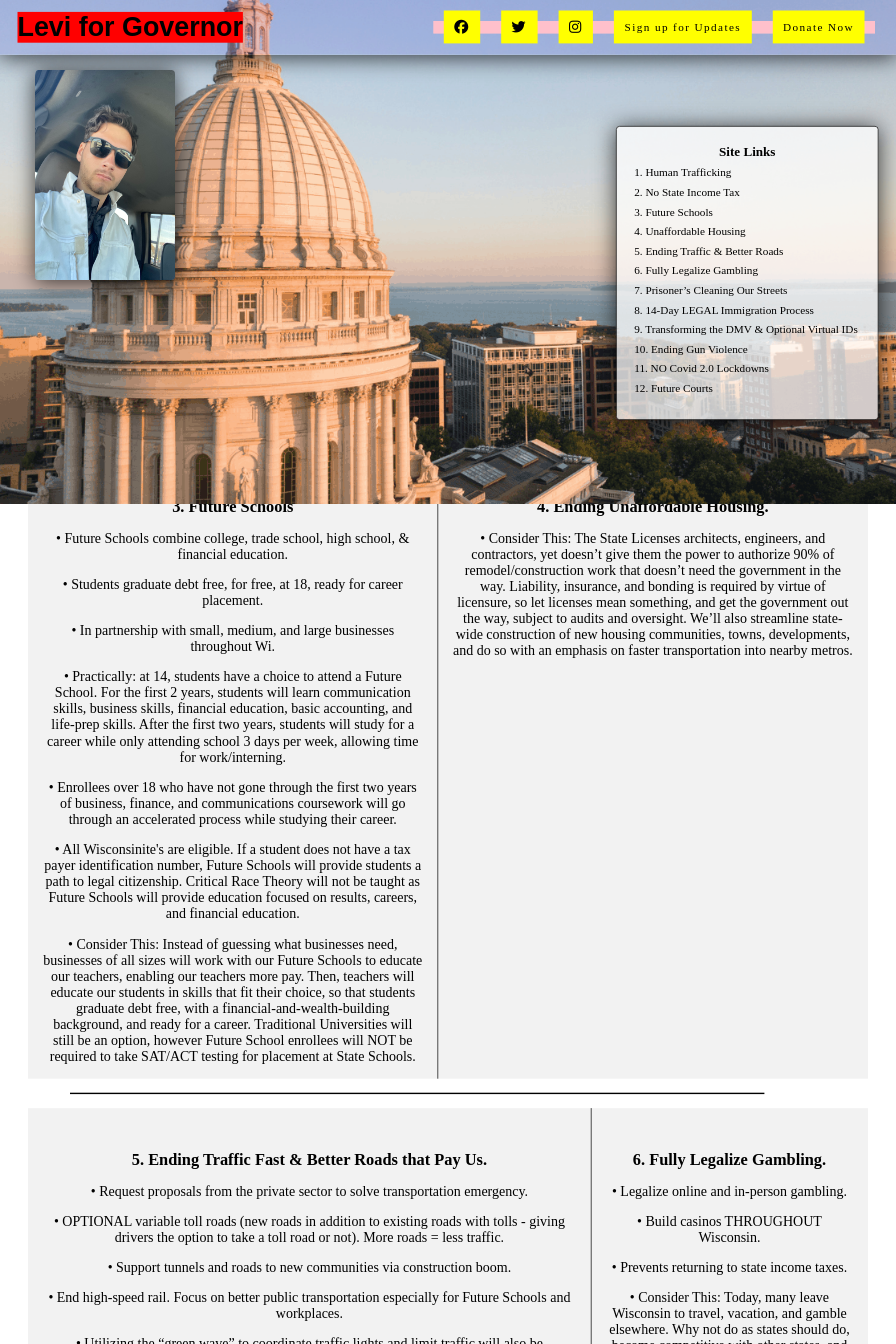
Repository: LeviCB/LeviCB.github.io
Page: index.html
The author's editor kept a record of every edit. The page is drawn from the files as they stood at one moment, then again after the next edit.
The browser window is 1280 px wide. The pictures show the part of the page from y = 0 to 1920 px (the page is 3981 px tall), at 70% of full size.
Some web fonts or font styles are not loaded; a fallback is used. Some web libraries are served in a nearby version.

Above is the page before.
Console error: SyntaxError: Identifier 'head' has already been declared

### index.html
<!DOCTYPE html>
<html>

<head id="head">

  <link type="text/css" rel="stylesheet" href="assets/css/style.css"/>
  <link type="text/css" rel="stylesheet" href="assets/css/body_style.css"/>

  <script src="https://use.fontawesome.com/95e29540f7.js"></script>
  <script src="https://kit.fontawesome.com/76e8df320e.js" crossorigin="anonymous"></script>
</head>

<body id="main">
  <div class="scrollTop" onclick="scrollToTop()"></div>
  <header id="header">
    <a href="" class="logo"><strong>Levi for Governor</strong></a>
    <ul id="list">
      <li><a href="#"><i class="fab fa-facebook fa-lg"></i></a></li>
      <li><a href="#"><i class="fab fa-twitter fa-lg"></i></a></li>
      <li><a href="#"><i class="fab fa-instagram fa-lg"></i></a></li>
      <li><a href="">Sign up for Updates</a></li>
      <li><a href="">Donate Now</a></li>
    </ul>
    </div>
  </header>
  <section class="banner" url="/assets/images/wisconsin_capital.png"></section>
  <div id="my-image">
    <img id="my-main-img" src="assets/images/main_image.JPG" alt="Main Image of Levi Borntreger">
  </div>
  <div id="hyper-links">
    <h3>Site Links</h3>
    <a href="#1. Human Trafficking">1. Human Trafficking</a>
    <a href="#2. No State Income Tax">2. No State Income Tax</a>
    <a href="#3. Future Schools">3. Future Schools</a>
    <a href="#4. Unaffordable Housing">4. Unaffordable Housing</a>
    <a href="#5. Ending Traffic & Better Roads">5. Ending Traffic & Better Roads</a>
    <a href="#6. Fully Legalize Gambling">6. Fully Legalize Gambling</a>
    <a href="#7. Prisoner’s Cleaning Our Streets">7. Prisoner’s Cleaning Our Streets</a>
    <a href="#8. 14-Day LEGAL Immigration Process">8. 14-Day LEGAL Immigration Process</a>
    <a href="#9. Transforming the DMV & Optional Virtual IDs">9. Transforming the DMV & Optional Virtual IDs</a>
    <a href="#10. Ending Gun Violence">10. Ending Gun Violence</a>
    <a href="#11. NO Covid 2.0 Lockdowns">11. NO Covid 2.0 Lockdowns</a>
    <a href="#12. Future Courts">12. Future Courts</a>
  </div>
  </div>
  <content>
    <div id="content-all">
      <div id="content-wrapper">
        <a name="1. Human Trafficking"></a>
        <a name="2. No State Income Tax"></a>
        <hr style="height: 2px; width: 80%; border: none; background-color: black;">
        <section id="content-text">
          <article id="content">
            <h3>1. Human Trafficking</h3>
            <p>I Promise to all of you that in my first 30 days in office to get a plan put together and in motion to stop human trafficking for good. There's absolutely no reason that today in our society, that any of this is going on, it's a disgrace to humanity.</p>
          </article>
          <hr style="width: 1px; border: none; background-color: black;">
          <article id="content">
            <h3>2. No State Income Tax on the first $200,000 of Income.</h3>
            <h5>Problem</h5>
            <p>Wisconsin's taxes are too high and too much goes to wasteful spending. This leads people to leave Wisconsin to pay lower or no taxes elsewhere and leads to fewer supporters of our Wisconsin businesses.</p>
            <h5>Solution</h5>
            <p> • Removes the Wi State Income Tax on the first $250,000 earned.</p>
            <p>• No Wisconsin tax return required.</p>
            <p>• An approximately 5% flat tax on incomes over $200,000.</p>
            <p>• An INSTANT pay raise for all workers and investors.</p>
            <p>• Funded by streamlining / reducing regulation and red tape throughout Wisconsin. Additionally: legalizing Gambling, Massive Growth, Future School consolidation, & Ending OVERPAYING for services. Private sector can build tunnels at $10 million per mile. ALL Wi projects, in the future, will have 100% public transparency, where we publicly & transparently weigh quality and cost. This ends crony capitalism (backroom deals) and corruption.</p>
          </article>
        </section>
        <a name="3. Future Schools"></a>
        <a name="4. Unaffordable Housing"></a>
        <hr style="height: 2px; width: 80%; border: none; background-color: black;">
        <section id="content-text">
          <article id="content">
            <h3>3. Future Schools</h3>
            <p>• Future Schools combine college, trade school, high school, & financial education.</p>
            <p>• Students graduate debt free, for free, at 18, ready for career placement.</p>
            <p>• In partnership with small, medium, and large businesses throughout Wi.</p>
            <p>• Practically: at 14, students have a choice to attend a Future School. For the first 2 years, students will learn communication skills, business skills, financial education, basic accounting, and life-prep skills. After the first two years, students will study for a career while only attending school 3 days per week, allowing time for work/interning.</p>
            <p>• Enrollees over 18 who have not gone through the first two years of business, finance, and communications coursework will go through an accelerated process while studying their career.</p>
            <p> • All Wisconsinite's are eligible. If a student does not have a tax payer identification number, Future Schools will provide students a path to legal citizenship. Critical Race Theory will not be taught as Future Schools will provide education focused on results, careers, and financial education.</p>
            <p>• Consider This: Instead of guessing what businesses need, businesses of all sizes will work with our Future Schools to educate our teachers, enabling our teachers more pay. Then, teachers will educate our students in skills that fit their choice, so that students graduate debt free, with a financial-and-wealth-building background, and ready for a career. Traditional Universities will still be an option, however Future School enrollees will NOT be required to take SAT/ACT testing for placement at State Schools.</p>
          </article>
          <hr style="width: 1px; border: none; background-color: black;">
          <article id="content">
            <h3>4. Ending Unaffordable Housing.</h3>
            <p>• Consider This: The State Licenses architects, engineers, and contractors, yet doesn’t give them the power to authorize 90% of remodel/construction work that doesn’t need the government in the way. Liability, insurance, and bonding is required by virtue of licensure, so let licenses mean something, and get the government out the way, subject to audits and oversight. We’ll also streamline state-wide construction of new housing communities, towns, developments, and do so with an emphasis on faster transportation into nearby metros.</p>
          </article>
        </section>
        <a name="5. Ending Traffic & Better Roads"></a>
        <a name="6. Fully Legalize Gambling"></a>
        <hr style="height: 2px; width: 80%; border: none; background-color: black;">
        <section id="content-text">
          <article id="content">
            <h3>5. Ending Traffic Fast & Better Roads that Pay Us.</h3>
            <p>• Request proposals from the private sector to solve transportation emergency.</p>
            <p>• OPTIONAL variable toll roads (new roads in addition to existing roads with tolls - giving drivers the option to take a toll road or not). More roads = less traffic.</p>
            <p>• Support tunnels and roads to new communities via construction boom.</p>
            <p>• End high-speed rail. Focus on better public transportation especially for Future Schools and workplaces.</p>
            <p>• Utilizing the “green wave” to coordinate traffic lights and limit traffic will also be implementing.</p>
            <p>• Consider This: The private sector is prepared to help solve Wisconsin’s transportation issues. The problem? The Governor is in the way. Cities and counties don’t want traffic; it hurts them. As Governor, Levi will request public proposals from private companies who will compete against each other for opportunities to fix our transportation nightmare. This might include logical changes to speed limits, lane efficiency, and enhancements to our building processes that enable faster solutions, such as multiple private partnerships providing tunnels throughout the same, where traffic is worst.</p>
          </article>
          <hr style="width: 1px; border: none; background-color: black;">
          <article id="content">
            <h3>6. Fully Legalize Gambling.</h3>
            <p>• Legalize online and in-person gambling.</p>
            <p>• Build casinos THROUGHOUT Wisconsin.</p>
            <p>• Prevents returning to state income taxes.</p>
            <p>• Consider This: Today, many leave Wisconsin to travel, vacation, and gamble elsewhere. Why not do as states should do, become competitive with other states, and provide Wisconsinites and Americans an opportunity to enjoy gambling IN Wisconsin. We welcome Everyone.</p>
          </article>
        </section>
        <a name="7. Prisoner’s Cleaning Our Streets"></a>
        <a name="8. 14-Day LEGAL Immigration Process"></a>
        <hr style="height: 2px; width: 80%; border: none; background-color: black;">
        <section id="content-text">
          <article id="content">
            <h3>7. Prisoner’s Cleaning Our Streets.</h3>
            <p>• Focus on community policing and reintegrating trust with law enforcement and communities.</p>
            <p>• Non-violent inmates in jails/prisons will work community service in neighborhoods they committed crimes in under group supervision. Selected, non-violent inmates who agree to clean our streets will be eligible to go stay at home with family, reducing jail costs, while being monitored to ensure attendance and fulfillment of sentence. Wisconsin has over 23,000 prisoner's and spends over $30,000 per prisoner per year on housing Prisoners. This is backwards. Prisoners should contribute to our society, society shouldn’t contribute to them.</p>
            <p>• Inmates will clean our streets, roads, towns/cities, and remove graffiti.</p>
            <p>• Option to attend Future Schools to prevent recidivism.</p>
            <p>• Focus on training, social support, and community, with a focus on growth. For example, restrictive alcohol enforcement on businesses cripples business.</p>
          </article>
          <hr style="width: 1px; border: none; background-color: black;">
          <article id="content">
            <h3>8. 14-Day LEGAL Immigration Process.</h3>
            <p>• Wisconsin will establish a process for fast-tracked LEGAL immigration. Our “illegal” immigration crisis is a result of a HORRIBLE, out-dated, and criminalizing immigration disaster. A 14-day legal immigration process helps us attract not just refugees, but also qualified immigrants who can support and contribute to our economy. Legal immigration does not cost Wisconsin jobs, it expands our economy and grows our revenues. Consider this: A CPA who moves to Wisconsin from Brazil, who agrees not to accept any social-welfare programs, needs a dentist, doctor, grocery store, taxi driver, retail stores, and more. For each person who legally immigrants to Wisconsin, we expect economic growth for 10+ Wisconsinite's.</p>
            <p>• Every mid to low income Immigrant will need to have a job lined up. They will get a temporary 2 year Citizenship and will have to attend a future school on the side to learn English etc. If they still have a job and no criminal activities they will be granted full Citizenship.</p>
            <p>Additionally and on Manufacturing:</p>
            <p>• Wisconsin will also partner with companies providing access to Future Schools.</p>
            <p>• This allows companies to train students prior to graduating Future Schools, making them career ready at 18.</p>
          </article>
        </section>
        <a name="9. Transforming the DMV & Optional Virtual IDs"></a>
        <a name="10. Ending Gun Violence"></a>
        <hr style="height: 2px; width: 80%; border: none; background-color: black;">
        <section id="content-text">
          <article id="content">
            <h3>9. Transforming the DMV & Optional Virtual IDs.</h3>
            <p>• Virtual IDs and Registrations w/ QR coded downloads. Virtual IDs would be OPTIONAL - so printed QR or full-versions would still be available on an OPT-IN basis (default being virtual, but for those desiring physical, the option would be available).</p>
            <p>• Privatizing license plates, driver tests, and vision tests.</p>
            <p>• Speed cameras & virtual tickets; less traffic stops via officer virtual traffic stops & ticketing.</p>
            <p>• Instant options to dispute or pay tickets via a new Wisconsin App.</p>
          </article>
          <hr style="width: 1px; border: none; background-color: black;">
          <article id="content">
            <h3>10. Ending Gun Violence.</h3>
            <p> • Wisconsin should focus less on restrictions for legal weapon owners, and instead focus more resources on weapon education, mental Health services, therapy access especially for those uninsured or underinsured, and teaching mental-wellness in our schools to prevent the stigmatization of mental-health illnesses in Wisconsin.</p>
            <p>• Those who are trained and background checked SHALL have more rights in Wisconsin. We’re moving towards MORE rights and freedoms in Wisconsin, not less.</p>
            <p>• Tiered licenses for individuals with weapons training.</p>
            <p>• Granting more privileges like concealed carry to more folks who are trained and background checked. This would be the first expansion of Gun Rights Wisconsin has seen in decades.</p>
          </article>
        </section>
        <a name="11. NO Covid 2.0 Lockdowns"></a>
        <a name="12. Future Courts"></a>
        <hr style="height: 2px; width: 80%; border: none; background-color: black;">
        <section id="content-text">
          <article id="content">
            <h3>11. NO Covid 2.0 Lockdowns.</h3>
            <h4>Covid:</h4>
            <p>Vaccines are a choice. Masks are a choice. Businesses shall have the right to remain OPEN — however, reasonable “HEPA-filtration” and ventilation requirements may be an option, but we will NOT have lockdowns again.</p>
          </article>
          <hr style="width: 1px; border: none; background-color: black;">
          <article id="content">
            <h3>12. Future Courts.</h3>
            <p>• Small claims limits raised to $100,000.</p>
            <p>• New Small Claims Advisor Counsel license taught at Future Schools.</p>
            <p>• Speeding up the legal system by investing in our courts.</p>
          </article>
        </section>
      </div>
    </div>
  </content>
<foot>
  <div id="foot">
    <div id="address">
      <h3>Levi for Governor</h3>
      <h3>1712 Prima Lago Ter</h3>
      <h3>Lakeland, FL. 33810</h3>
    </div>
    <div id="contact">
      <h4>Contact Me</h4>
      <h3>715-660-6693</h3>
      <H3>LeviForGovernor@gmail.com</h3>
    </div>
  </div>
</foot>
<script type="text/javascript" src="assets/js/main.js"></script>
<script>
  /*start of header magic*/
const head = document.querySelector("#header");

window.onscroll = function () {
  var top = window.scrollY;
  if (top >= 5) {
    head.classList.add("active");
  } else {
    head.classList.remove("active");
  }
};
/*end of header magic*/

/*start of navtext color change on scroll*/
window.addEventListener("scroll", function() {
        var header = document.querySelector("header");
        header.classList.toggle("sticky", window.scrollY> 0);
      });
/*end of navtext color change on scroll*/

/*start of scrollTop*/
window.addEventListener('scroll', function(){
    var scroll = document.querySelector('.scrollTop');
    scroll.classList.toggle("active" , window.scrollY > 500)
  })

  function scrollToTop(){
    window.scrollTo({
      top: 0,
      behavior: 'smooth'
    })
  }
/*end of scrollTop*/
</script>
</body>
<footer id="footer">
  <div id="copyright">
    <h4>Paid for and Approved by Levi Borntreger for Governor</h4>
    <h4>Copyright 2021 — Levi for Governor. All rights reserved.</h4>
  </div>
</footer>

</html>

### assets/css/style.css
@import url('https://fonts.googleapis.com/css?family=Hammersmith+One');

/*
$desktop: 1200px;
$laptop: 1024px;
$tablet: 768px;
$phone: 480px;
*/

@media only screen and (max-width:1024px) and (min-width: 768px) {
  body {
    background-color:;
  }
  #hyper-links {
    background-color: blue;
  }
  #content-text {
    flex-direction: column;
  }
  #content-wrapper {
    display: flex;
    column-gap: 40px;
    flex-direction: column;
    flex-wrap: wrap;
    width: 100%;
  }
}
@media only screen and (max-width:768px) and (min-width: 480px) {
  body {
    background-color: pink;
  }
  #hyper-links {
    background-color: blue;
    box-shadow: 0 3px 2rem rgba(0,0,0,.75);
    width: 375px;
    height: 500px;
    position: absolute;
    padding: 50px;
    display: flex;
    border: 1px black solid;
    flex-direction: column;
    z-index: 1;
    left: 0px;
    top: 0px;
    bottom: 0px;
    right: 0px;
    margin: auto;
    margin-top: 60px;
    margin-right: 25px;
    border-radius: 5px;
}
  #content-wrapper {
    font-size: 5px;
  }
}
@media only screen and (max-device-width:480px) and (min-width:200px) {
  body {
  }
  header {
    height: 100px !important;
  }
  header ul li a {
    font-size: 22px !important;
    margin: 0 15px;
    padding-top: 10px;
}
  #my-image {
    margin-top: 150px !important;
  }
  #hyper-links {
    font-size: 30px;
    min-width: 575px;
    min-height: 950px;
}
  #hyper-links h3 {
    padding: 15px !important;
}
  #hyper-links a {
    padding: 15px !important;
    font-weight: 500px !important;
}
  .scrollTop {
  bottom: 150px !important;
  right: 75px !important;
  width: 85px !important;
  height: 85px !important;
  background-size: 60px !important;
}
  #content-wrapper {
    font-size: 30px !important;
  }
}
* {
  margin: 0px;
  padding: 0px;
  box-sizing: border-box;
}

body {
  min-height: 100vh;
}
#my-main-img {
  width: 200px;
  height: 300px;
  border-radius: 5px;
  box-shadow: 0 3px 2rem rgba(0,0,0,.75);
}
#my-image {
  position: absolute;
  z-index: 1;
  left: 0px;
  top: 0px;
  bottom: 0px;
  right: 0px;
  margin-top: 100px;
  margin-left: 50px;
}

/*start nav section*/
header {
  position: fixed;
  background: rgba(0, 0, 255, 0.1);
  box-shadow: 0 3px 2rem rgba(0,0,0,.75);
  width: 100%;
  display: flex;
  height: 78px;
  top: 0px;
  left: 0px;
  align-items: center;
  justify-content: space-between;
  z-index: 10;
}
header.sticky {
  color: white;
}
header.active {
  background-color: rgba(0,0,100,1.00);
  transition: 1.0s;
  box-shadow: 0 3px 2rem rgba(0,0,0,.75);
  height: 4.0rem;
}
header .logo {
  background-color: red;
  position: relative;
  margin: 25px;
  font-size: 3vw;
  color: black;
  text-decoration: none;
  font-family: "Hammersmith One", sans-serif;
  transition: 0.6s;
}
header ul {
  background-color: pink;
  position: relative;
  display: flex;
  margin-right: 30px;
  justify-content: center;
  align-items: center;
}
header ul li {
  position: relative;
  list-style: none;
}
header ul li a {
  background-color: yellow;
  position: relative;
  margin: 0 15px;
  padding: 15px;
  text-decoration: none;
  color: black;
  letter-spacing: 2px;
  font-weight: 500px;
  transition: 0.6s;
}
header.sticky .logo,
header.sticky ul li a {
  color: white;
}
header.sticky ul li a:hover {
  background: rgba(0,0,145,1.00);
  border: 1.5px white solid;
  padding: 10px;
  border-radius: 10px;
}
header ul li a:hover {
  background: rgba(0,0,100,1.00);
  color: white;
  padding: 10px;
  border-radius: 10px;
}
/*end nav section*/
.scrollTop {
  position: fixed;
  bottom: 800px;
  right: 40px;
  width: 60px;
  height: 60px;
  background: #fff url(/assets/images/arrow-up-blue.jpg);
  border-radius: 50%;
  background-size: 40px;
  background-position: center;
  background-repeat: no-repeat;
  cursor: pointer;
  z-index: 10000;
  visibilty: hidden;
  opacity: 0;
  transition: 0.5s;
}
.scrollTop.active {
  visibilty: visibilty;
  opacity: 1;
  bottom: 40px;
  border: 1px black solid;
}
#hyper-links {
  background-color: rgba(255, 255, 255, .75);
  box-shadow: 0 3px 2rem rgba(0,0,0,.75);
  width: 375px;
  max-height: 420px;
  position: absolute;
  padding: 20px;
  display: flex;
  border: 1px black solid;
  flex-direction: column;
  z-index: 1;
  left: 0px;
  top: 60px;
  bottom: 0px;
  right: 0px;
  margin: auto;
  margin-top: px;
  margin-right: 25px;
  border-radius: 5px;
}
#hyper-links h3 {
  padding: 5px;
  margin: 0px;
  text-align: center;
}
#hyper-links a {
  color: black;
  padding: 5px;
  text-decoration: none;
}
#hyper-links a:hover {
  color: white;
  border: 1px solid black;
  background-color: rgba(0, 0, 0, .50);
}
#content h3 {
  color: black;
  padding-top: 60px;
}
#content-all {
  margin: 0px;
  padding: 20px;
}
#content-wrapper {
  font-size: 20px;
  display: flex;
  column-gap: 40px;
  flex-direction: row;
  flex-wrap: wrap;
  width: 100%;
}
#content-text {
  padding: 20px;
  display: flex;
}
#content {
  background-color: rgba(0, 0, 0, .05);
  padding: 0px 20px 20px 20px;
  text-align: center;
}
#content p {
  padding-top: 20px;
}

#foot {
  background-color: rgba(0,0,100,1.00);
  box-shadow: 0 3px 2rem rgba(0,0,0,.75);
  display: flex;
  margin: 0px;
  padding: 0px;
  height: 150px;
  width: 100%;
  justify-content: space-around;
}
#foot #address {
  margin-top: 30px;
}
#foot #address H3{
  color: white;
  padding: 5px;
}
#foot #contact {
  margin-top: 30px;
}
#foot #contact H4,
#foot #contact H3{
  color: white;
  padding: 5px;
}
#footer {
  margin: 0px;
  padding: 0px;
  height: 75px;
  display: flex;
  background-color: rgba(0,0,100,1.00);
  border-top: 2px black solid;
  justify-content: center;
}
#footer #copyright {
}
#footer #copyright h4 {
  color: white;
  margin-top: 15px;
}

### assets/css/body_style.css
.banner {
  position: fixed;
  width: 100%;
  height: 100vh;
  background-image: url("/assets/images/wisconsin_capital.png");
  background-size: cover;
}

### assets/js/main.js
/*start of header magic*/
const head = document.querySelector("#header");

window.onscroll = function () {
  var top = window.scrollY;
  if (top >= 5) {
    head.classList.add("active");
  } else {
    head.classList.remove("active");
  }
};
/*end of header magic*/

/*start of navtext color change on scroll*/
window.addEventListener("scroll", function() {
        var header = document.querySelector("header");
        header.classList.toggle("sticky", window.scrollY> 0);
      });
/*end of navtext color change on scroll*/

/*start of scrollTop*/
window.addEventListener('scroll', function(){
    var scroll = document.querySelector('.scrollTop');
    scroll.classList.toggle("active" , window.scrollY > 500)
  })

  function scrollToTop(){
    window.scrollTo({
      top: 0,
      behavior: 'smooth'
    })
  }
/*end of scrollTop*/

After the next edit:
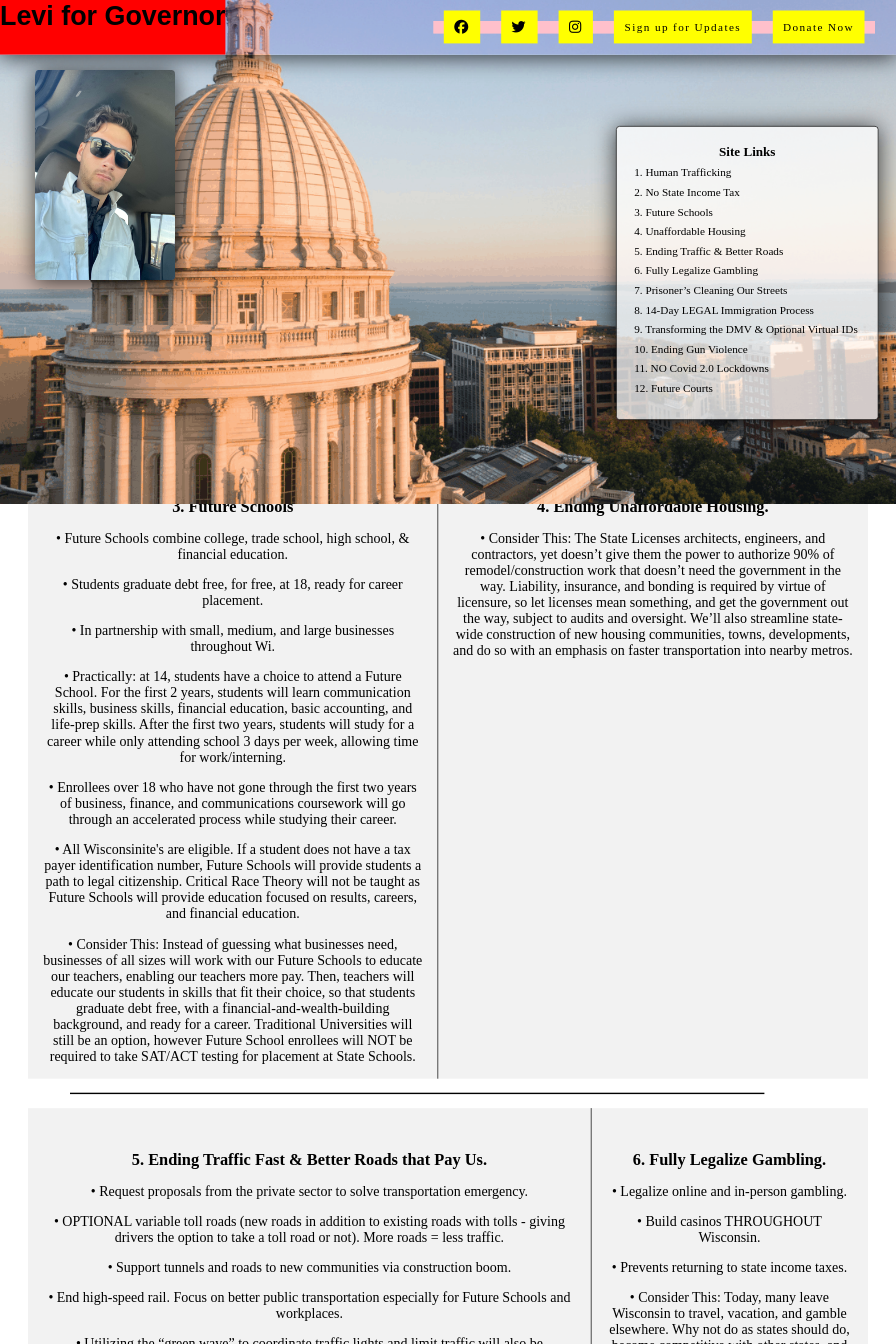
The edit:
--- a/assets/css/style.css
+++ b/assets/css/style.css
@@ -142,7 +142,8 @@
 header .logo {
   background-color: red;
   position: relative;
-  margin: 25px;
+  width: auto;
+  height: 100%;
   font-size: 3vw;
   color: black;
   text-decoration: none;
